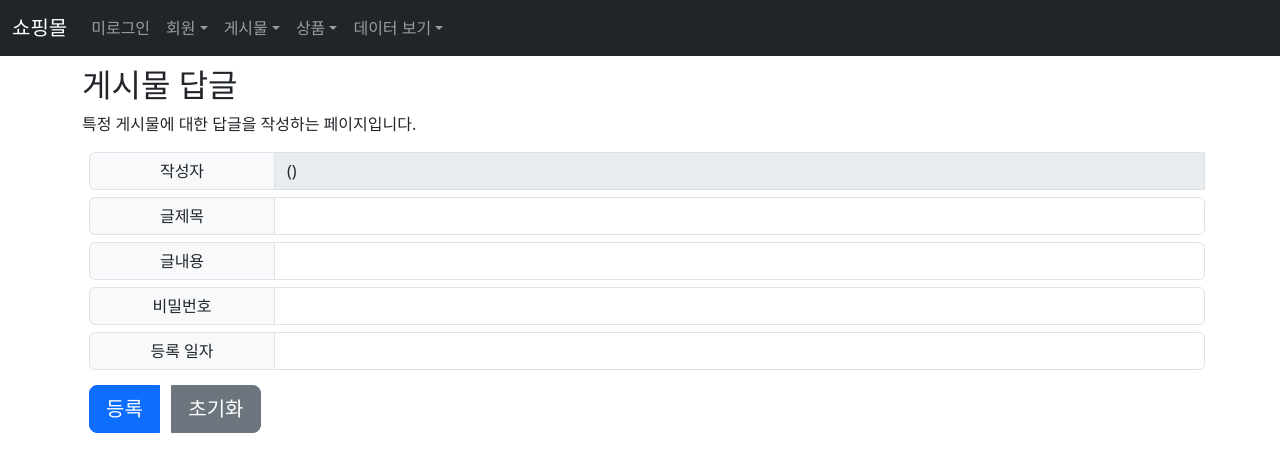
Repository: Sain-Clair/Team5
Page: http://localhost/Student/board/boUpdateForm.jsp
These files come from the project's save history. The page is drawn as it stood at one moment and after a run of saves; the edit follows.
The browser window is 1280 px wide. The pictures show the whole page.
The page is served by Tomcat 9. The template is opened directly, without the code that normally fills it, so the values that code supplies are empty.

Above is the page before, as saved 2023-09-08 04:14:40.

After the next 2 saves:
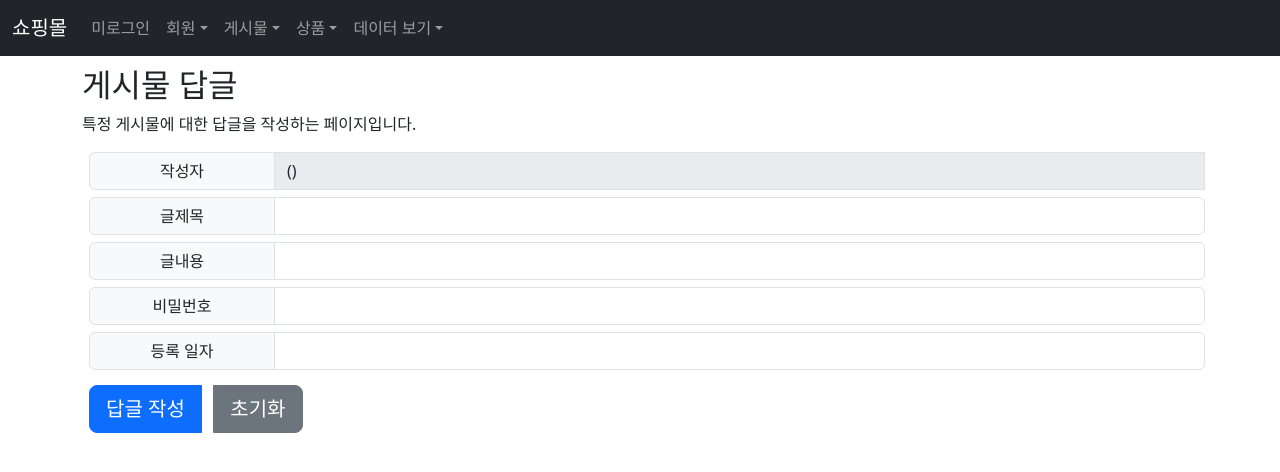
The 2 saves are shown as one change because they came seconds apart.
The last was saved 49 s later.
--- a/Student/src/main/webapp/board/boUpdateForm.jsp
+++ b/Student/src/main/webapp/board/boUpdateForm.jsp
@@ -110,7 +110,7 @@
 			<div id="buttonset" class="input-group">
 				<button type="submit" class="btn btn-primary btn-lg"
 					onclick="return validCheck();">
-					등록
+					답글 작성
 				</button>
 				&nbsp;&nbsp;&nbsp;
 				<button type="reset" class="btn btn-secondary btn-lg">초기화</button>
